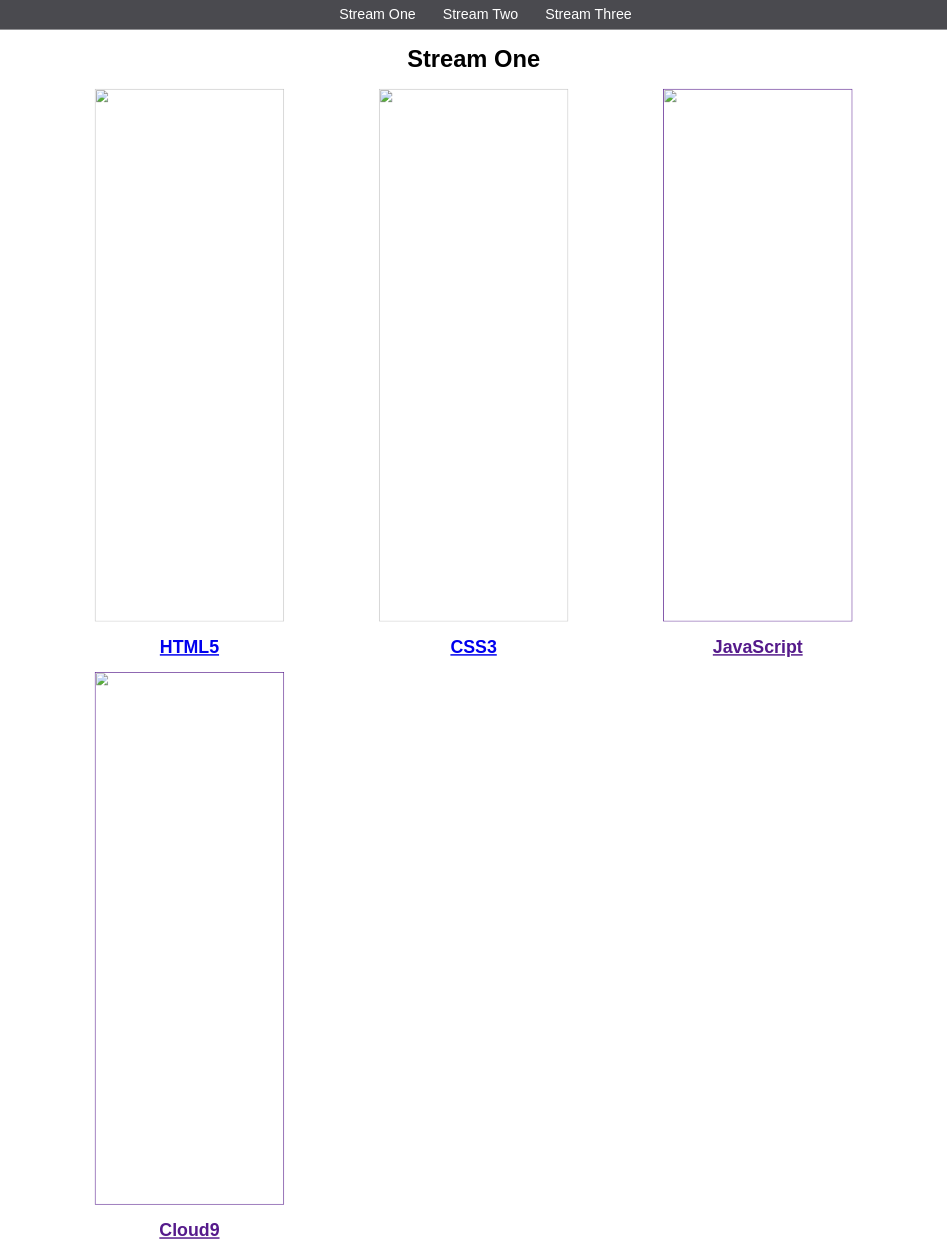
Repository: SheenaKennedy/my-first-website
Page: stream-one.html
The author's editor kept a record of every edit. The page is drawn from the files as they stood at one moment, then again after the next edit.
The browser window is 1280 px wide. The pictures show the whole page, at 74% of full size.

Above is the page before.

### stream-one.html
<html>
    <head>
        <title>
            Hello World!</title>
        <link rel="stylesheet" href="css/style.css" type="text/css" />
    </head>
    <body>
        <nav>
            <ul>
                <li><a href="stream-one.html">Stream One</a></li>
                <li><a href="stream-two.html">Stream Two</a></li>
                <li><a href="stream-three.html">Stream Three</a></li>
            </ul>
        </nav>
        <h1>Stream One</h1>

        <div class="card">
            <a href="https://en.wikipedia.org/wiki/HTML5">
                <img src=""/>
                <h2>HTML5</h2>
            </a>
        </div>

        <div class="card">
            <a href="https://en.wikipedia.org/wiki/Cascading_Style_Sheets">
                <img src="" />
                <h2>CSS3</h2>
            </a>
        </div>

        <div class="card">
            <a href="">
                <img src="">
                <h2>JavaScript</h2>
            </a>
        </div>

        <div class="card">
            <a href="">
                <img src="">
                <h2>Cloud9</h2>
            </a>
        </div>
    </body>
</html>

### css/style.css
body {
    margin:0;
    padding:0;
    font-family:"Oswald", sans-serif;
}

nav ul {
    list-style: none;
    background-color: #4a4a4f;
    text-align: center;
    margin: 0;
    padding: 0;
}

nav li {
    font-size: 1.2em;
    line-height: 40px;
    height: 40px;
    display: inline-block;
    margin-left: 2.5%;
}

nav a {
    text-decoration: none;
    color: #ffffff;
    display: block;
}

nav a:hover {
    background-color: #ffffff;
    color: #4a4a4f;
}

.card {
    float: left;
    width: 20%;
    margin-left: 10%;
}

.card a {
    text-align: center;
}

img {
    width: 100%;
}

h1 {
    text-align: center;
}

After the next edit:
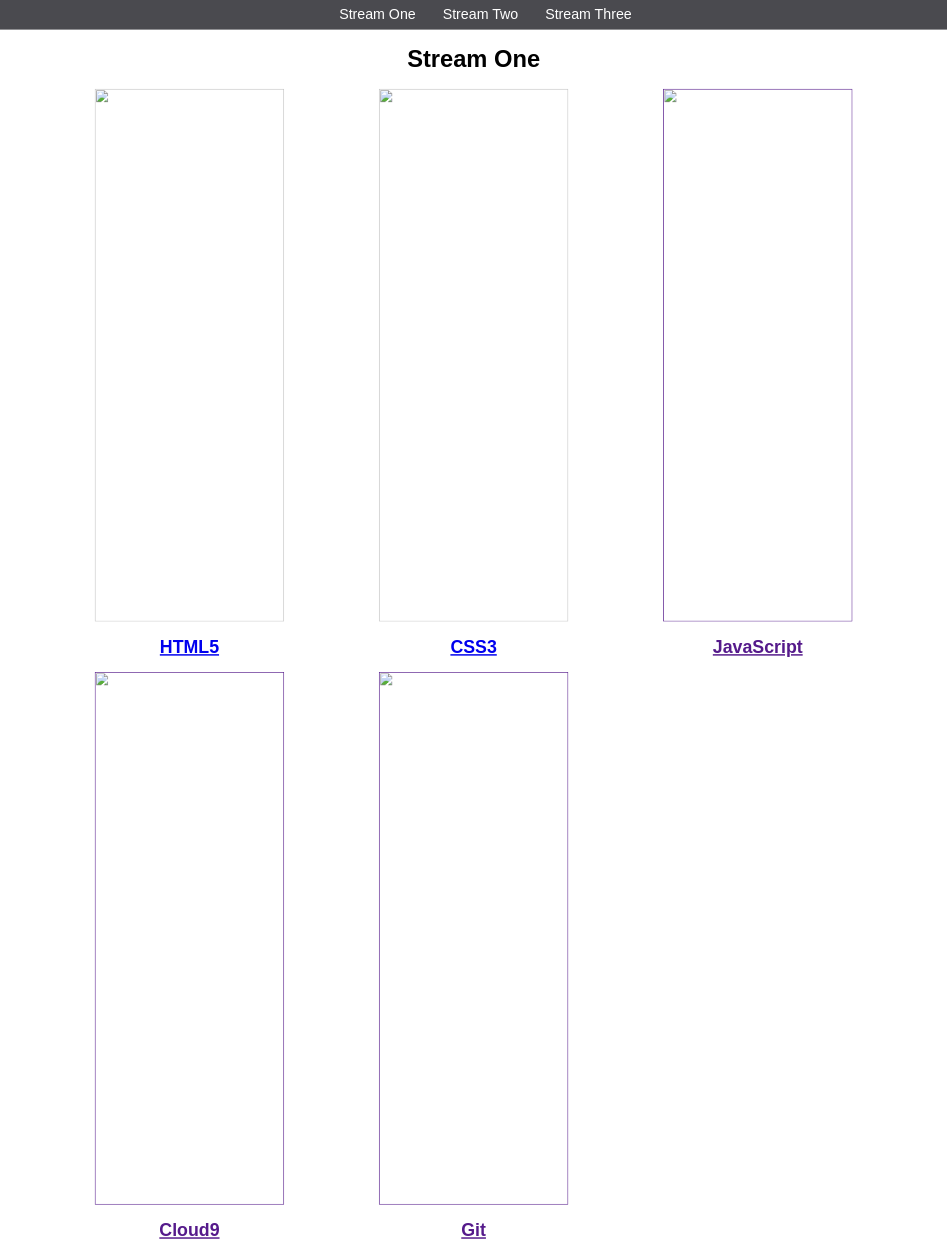
The edit:
--- a/stream-one.html
+++ b/stream-one.html
@@ -41,5 +41,12 @@
                 <h2>Cloud9</h2>
             </a>
         </div>
+
+        <div class="card">
+            <a href="">
+                <img src="">
+                <h2>Git</h2>
+            </a>
+        </div>
     </body>
 </html>
